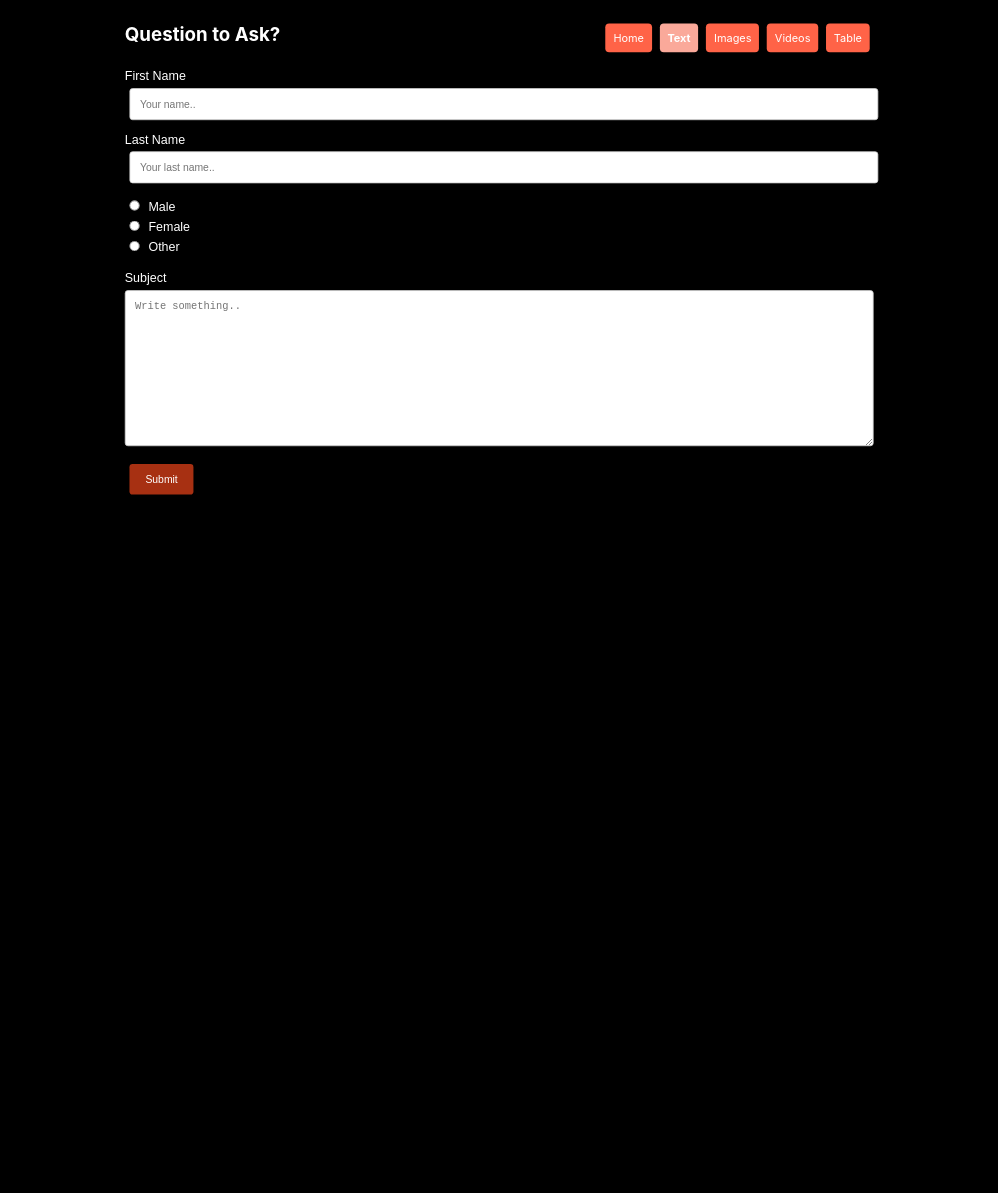
Repository: luhan68/personal_website
Page: email.html
The author's editor kept a copy of each file at every save. The page is drawn from the files as they stood at one save, then again after the next save.
The browser window is 1280 px wide. The pictures show the whole page, at 78% of full size.

Above is the page before, as saved 2021-01-30 22:50:27.

After the next save:
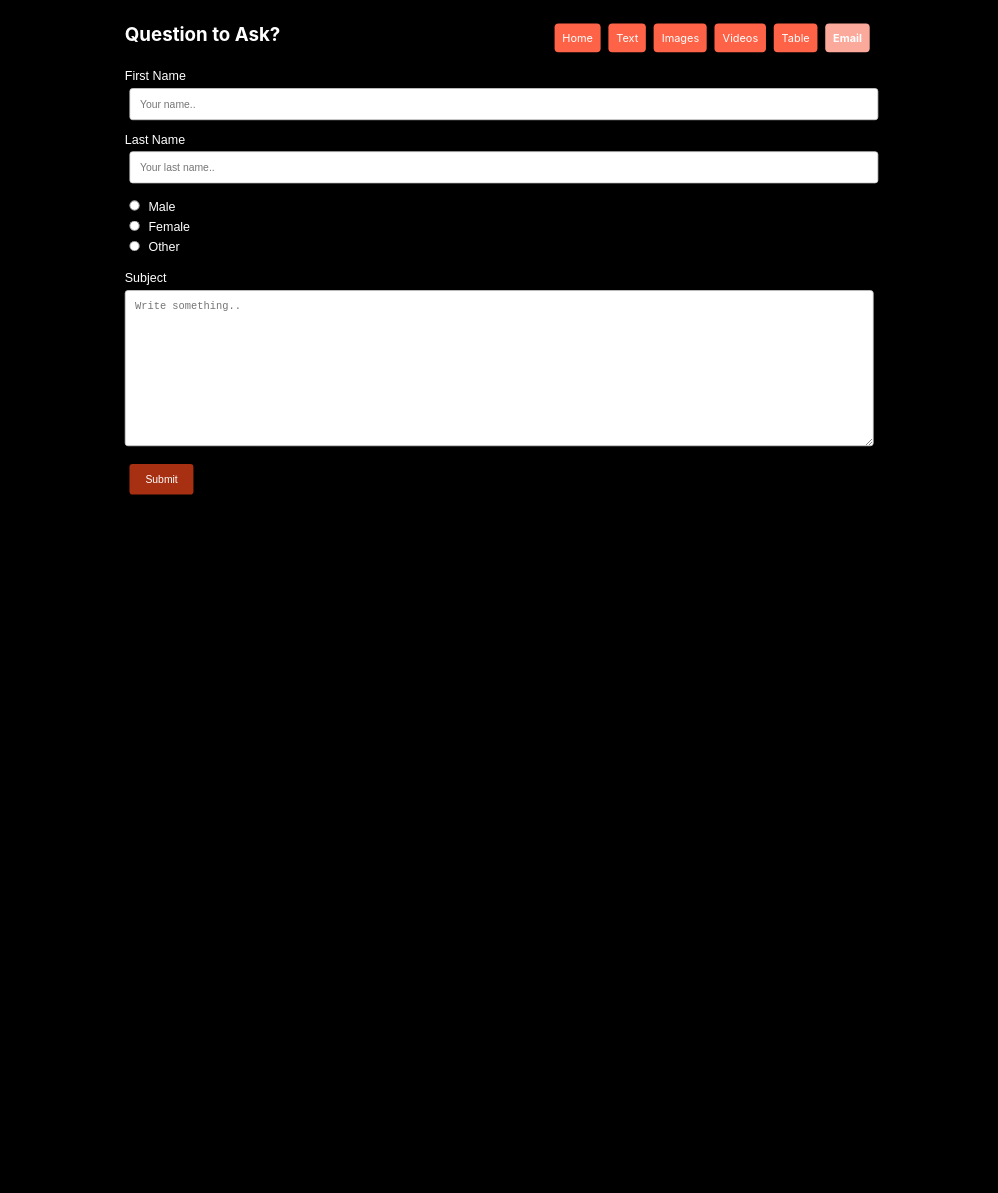
Saved 40 s later.
--- a/email.html
+++ b/email.html
@@ -4,10 +4,11 @@
         <div class="nav-bar">
             <ul>
                 <li><a href="index.html">Home</a></li>
-                <li class="active-page"><a href="text.html">Text</a></li>
+                <li><a href="text.html">Text</a></li>
                 <li><a href="image.html">Images</a></li>
                 <li><a href="video.html">Videos</a></li>
                 <li><a href="table.html">Table</a></li>
+                <li class="active-page"><a href="email.html">Email</a></li>
             </ul>
 
         </div>
